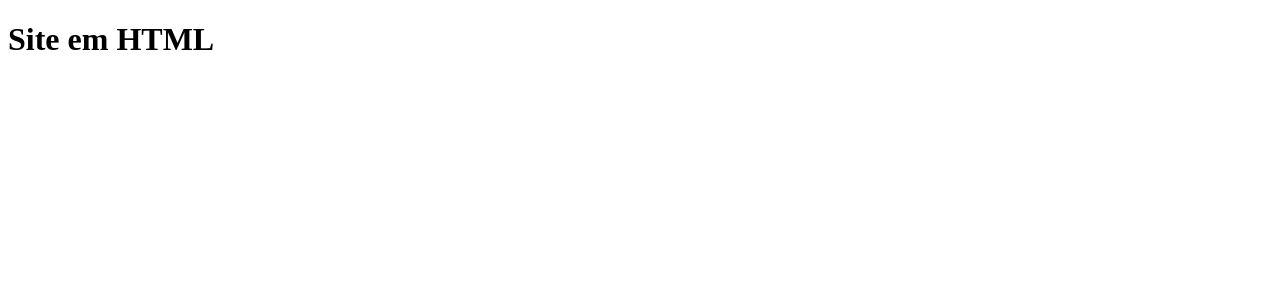
Repository: Codigo404q/html-css
Page: exercicios/ex019/seletor01.html
These files come from the project's save history. The page is drawn as it stood at one moment and after a run of saves; the edit follows.
The browser window is 1280 px wide. The pictures show the whole page.

Above is the page before, as saved 2023-11-05 21:29:54.

### exercicios/ex019/seletor01.html
<!DOCTYPE html>
<html lang="pt-br">
<head>
    <meta charset="UTF-8">
    <meta name="viewport" content="width=device-width, initial-scale=1.0">
    <title>Seletores Personalizados</title>
</head>
<body>
    <h1>Site em HTML</h1>
    <p></p>
</body>
</html>

After the next 2 saves:
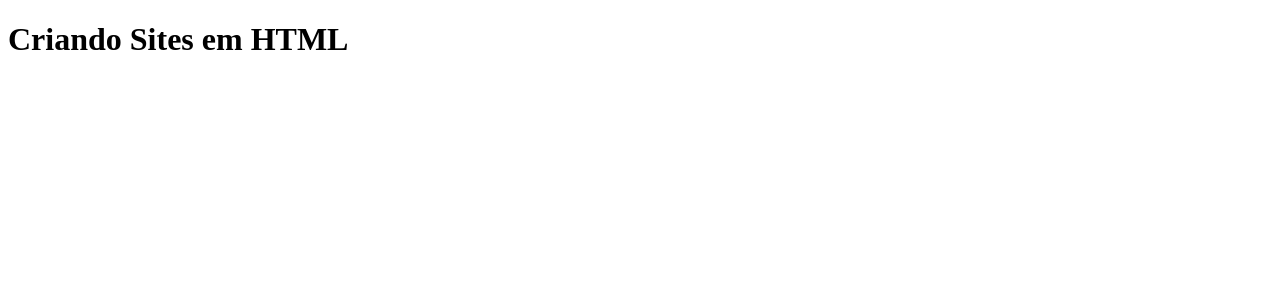
The 2 saves are shown as one change because they came seconds apart.
The last was saved 17 s later.
--- a/exercicios/ex019/seletor01.html
+++ b/exercicios/ex019/seletor01.html
@@ -6,7 +6,7 @@
     <title>Seletores Personalizados</title>
 </head>
 <body>
-    <h1>Site em HTML</h1>
+    <h1>Criando Sites  em HTML</h1>
     <p></p>
 </body>
 </html>
